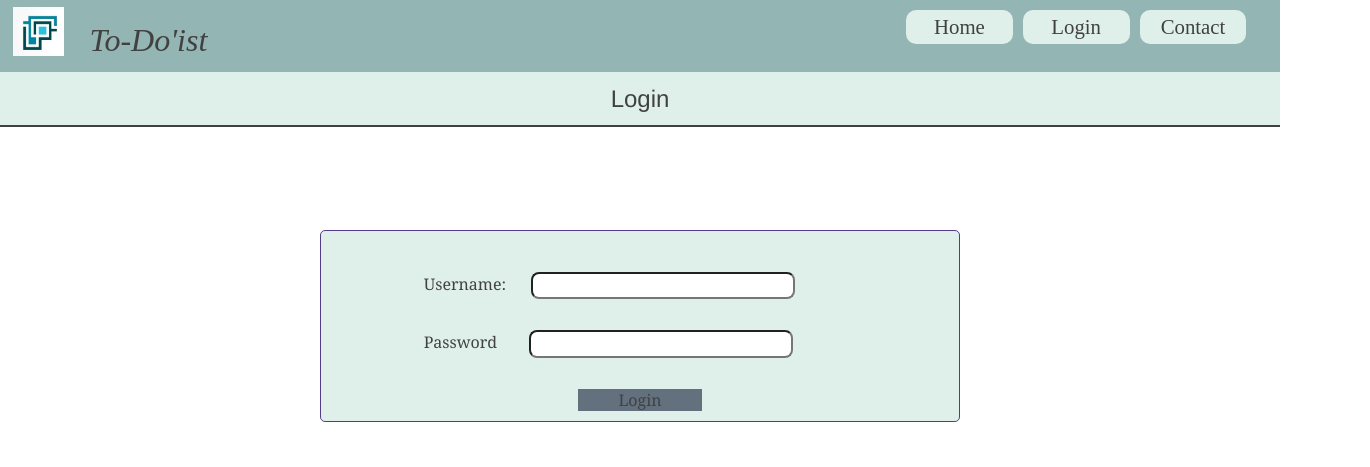
Repository: tavisca-pkadam/Todo-Website
Page: login_grid.html
An editor plug-in stored every save of this project. The page is shown before and after a run of saves, followed by the edit.
The browser window is 1280 px wide. The page is 1370 px wide, so the pictures cover 1370 px, including what lies to the right of the window. The pictures show the whole page.

Above is the page before, as saved 2019-08-22 12:36:01.

After the next 2 saves:
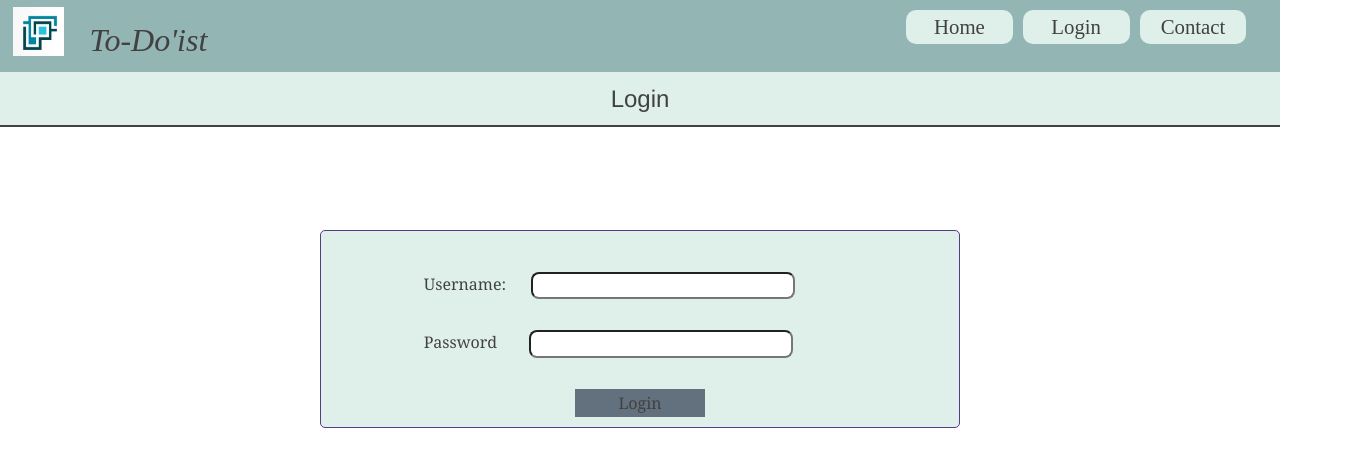
The 2 saves are shown as one change because they came seconds apart.
The last was saved 10 s later.
--- a/main2.css
+++ b/main2.css
@@ -456,4 +456,5 @@
 #login_btn{
     background-color: #63707e;
     width: 20%;
-  }
+    padding: 3px
+  }
